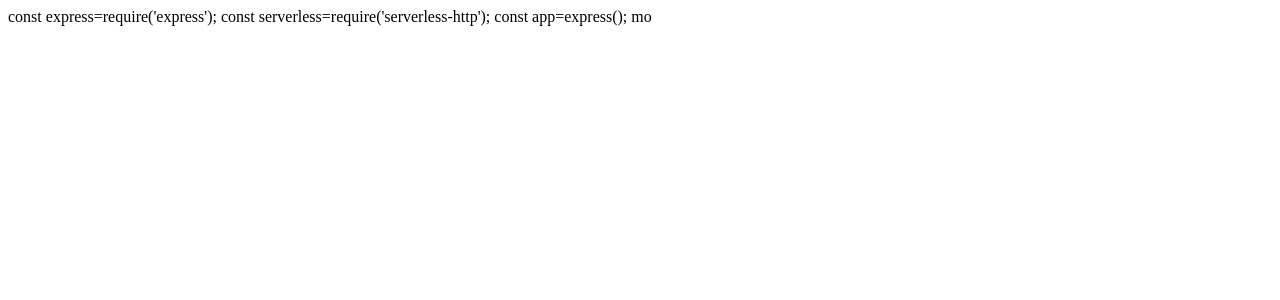
Repository: UUUnknownUser/ABCTEST
Page: dist/index.html
An editor plug-in stored every save of this project. The page is shown before and after a run of saves, followed by the edit.
The browser window is 1280 px wide. The pictures show the whole page.

Above is the page before, as saved 2022-12-09 01:18:26.

### dist/index.html
const express=require('express');
const serverless=require('serverless-http');

const app=express();

mo

After the next 4 saves:
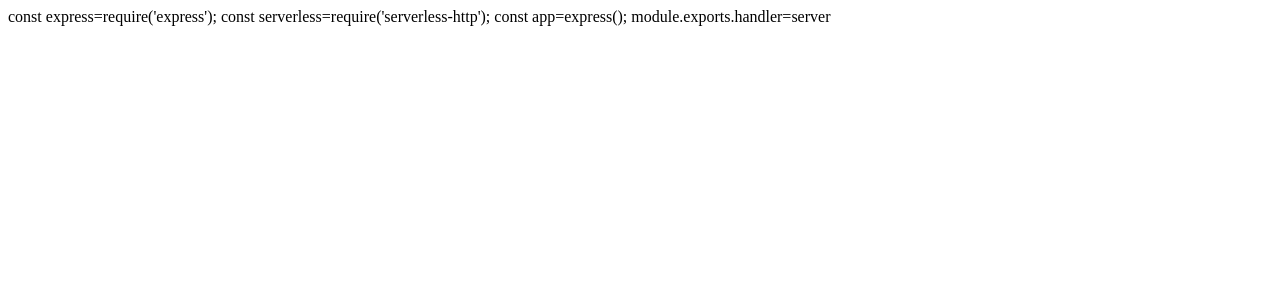
The 4 saves are shown as one change because they came seconds apart.
The last was saved 11 s later.
--- a/dist/index.html
+++ b/dist/index.html
@@ -3,4 +3,4 @@
 
 const app=express();
 
-mo
+module.exports.handler=server
